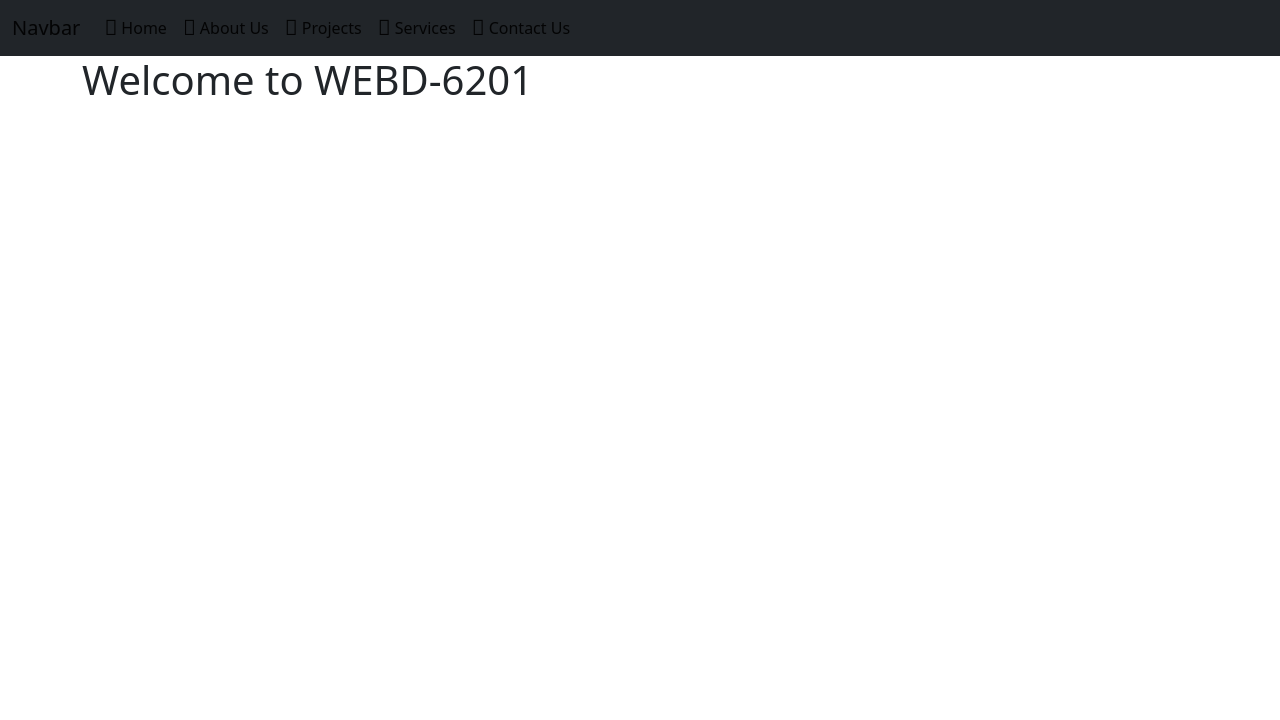
Repository: CKM206/WEBD6201-W2021---ICE1
Page: index.html
These files come from the project's save history. The page is drawn as it stood at one moment and after the next save; the edit follows.
The browser window is 1280 px wide. The pictures show the whole page.

Above is the page before, as saved 2021-01-20 09:10:17.

### index.html
<!DOCTYPE html>
<html lang="en">
<head>
    <meta charset="UTF-8">
    <meta name="viewport" content="width=device-width, initial-scale=1.0">
    <title>WEBD6201 - W2021 - ICE 1</title>
    <!-- CSS Section -->
    <link rel="stylesheet" href="./node_modules/bootstrap/dist/css/bootstrap.min.css">
    <link rel="stylesheet" href="./node_modules/@fortawesome/fontawesome-free/css/fontawesome.min.css">
    <link rel="stylesheet" href="./Content/app.css">
</head>
<body>

    <header>
        <nav class="navbar navbar-expand-lg navbar-light bg-dark">
            <div class="container-fluid">
              <a class="navbar-brand" href="#">Navbar</a>
              <button class="navbar-toggler" type="button" data-bs-toggle="collapse" data-bs-target="#navbarSupportedContent" aria-controls="navbarSupportedContent" aria-expanded="false" aria-label="Toggle navigation">
                <span class="navbar-toggler-icon"></span>
              </button>
              <div class="collapse navbar-collapse" id="navbarSupportedContent">
                <ul class="navbar-nav me-auto mb-2 mb-lg-0">
                  <li class="nav-item">
                    <a class="nav-link active" aria-current="page" href="#"><i class="fas fa-home fa-lg"></i> Home</a>
                  </li>
                  <li class="nav-item">
                    <a class="nav-link active" aria-current="page" href="#"><i class="fas fa-info fa-lg"></i> About Us</a>
                  </li>
                  <li class="nav-item">
                    <a class="nav-link active" aria-current="page" href="#"><i class="fas fa-cog fa-lg"></i> Projects</a>
                  </li>
                  <li class="nav-item">
                    <a class="nav-link active" aria-current="page" href="#"><i class="fas fa-map fa-lg"></i> Services</a>
                  </li>
                  <li class="nav-item">
                    <a class="nav-link active" aria-current="page" href="#"><i class="fas fa-phone fa-lg"></i> Contact Us</a>
                  </li>
                </ul>
              </div>
            </div>
          </nav>
    </header>
    <main class="container">
        <h1>Welcome to WEBD-6201</h1>
    </main>

    <footer>

    </footer>

    <!--Script Section-->
    <script src="./node_modules/jquery/dist/jquery.min.js"></script>
    <script src="./node_modules/bootstrap/dist/js/bootstrap.bundle.min.js"></script>
    <script src="./Scripts/app.js"></script>
</body>
</html>

### Content/app.css
/* Custom CSS Here */

### Scripts/app.js
/* Custom Javascript Here */

// IIFE - Immediately Invoked Function Expression (Anonymous Self-Executing Function)
//Acts as a Closure, Limits Scope Leak
(function()
{
    function Start()
    {
        console.log("App Started...");
    }

    window.addEventListener("load", Start);
})();

Loaded but not shown: node_modules/bootstrap/dist/css/bootstrap.min.css (library); node_modules/@fortawesome/fontawesome-free/css/fontawesome.min.css (library); node_modules/jquery/dist/jquery.min.js (library); node_modules/bootstrap/dist/js/bootstrap.bundle.min.js (library)

After the next save:
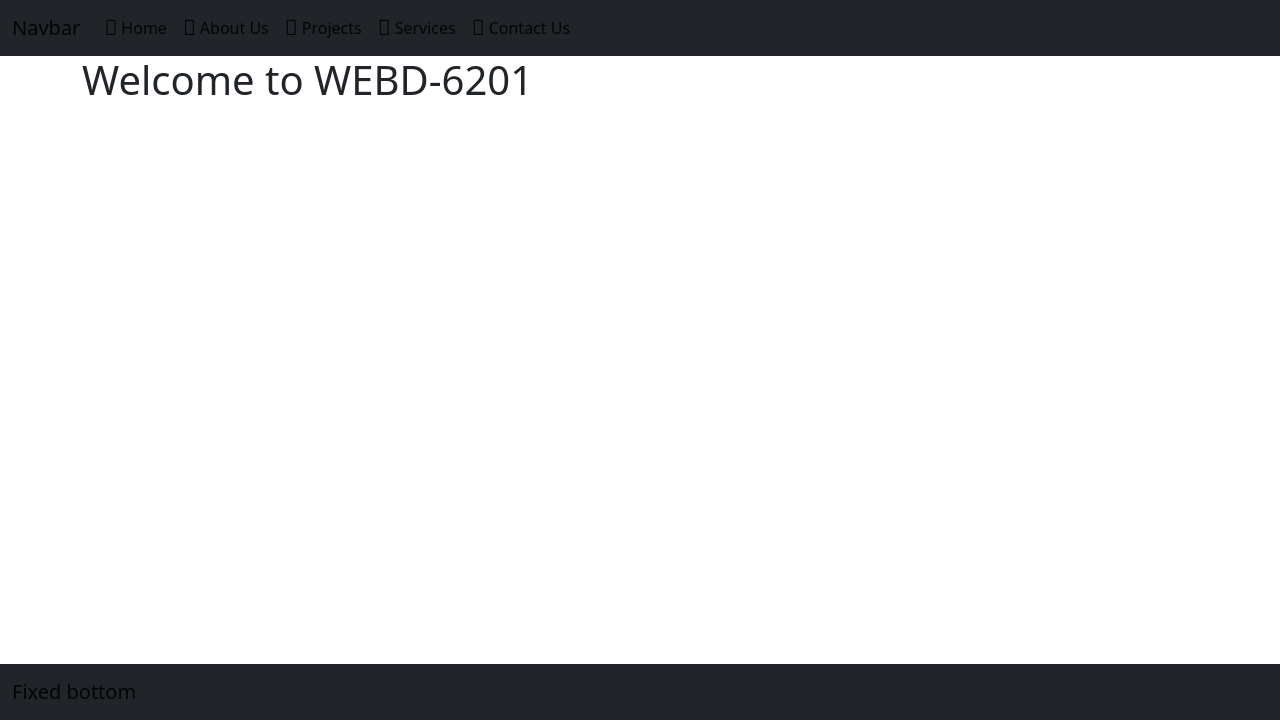
Saved 2 min 12 s later.
--- a/index.html
+++ b/index.html
@@ -45,7 +45,11 @@
     </main>
 
     <footer>
-
+        <nav class="navbar fixed-bottom navbar-light bg-dark">
+            <div class="container-fluid">
+              <a class="navbar-brand" href="#">Fixed bottom</a>
+            </div>
+          </nav>
     </footer>
 
     <!--Script Section-->
